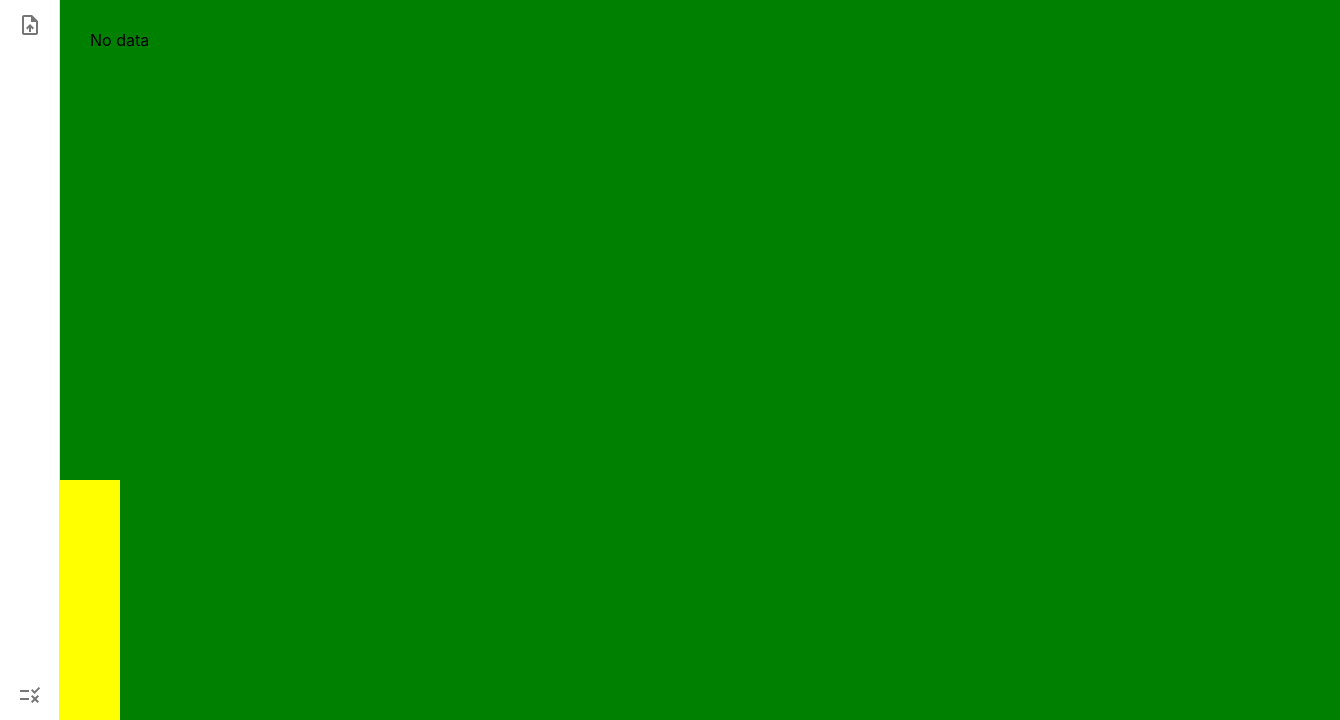
Repository: imark00/sbolInsight_frontend
Page: /
The author's editor kept a copy of each file at every save. The page is drawn from the files as they stood at one save, then again after the next save.
The browser window is 1280 px wide. The page is 1340 px wide, so the pictures cover 1340 px, including what lies to the right of the window. The pictures show the whole page.
The project was rebuilt for these pictures with package versions that can differ from the ones it lists, and the page was loaded fresh each time. Also part of the build but not shown: src/App.css.

Above is the page before, as saved 2024-08-18 05:36:24.

### src/App.js
import './App.css';
import SBOLInsightPage from './sbolInsight';

function App() {
  return (
    <SBOLInsightPage />
  );
}

export default App;

### src/sbolInsight.js
import React, { useState } from "react";
import { Drawer, Box, IconButton, Typography, Modal, Button, Divider } from "@mui/material";
import UploadFileIcon from '@mui/icons-material/UploadFile';
import RuleOutlinedIcon from '@mui/icons-material/RuleOutlined';
import { useDropzone } from 'react-dropzone'
import { List, ListItem, ListItemIcon, ListItemText } from '@mui/material';
import InsertDriveFileOutlinedIcon from '@mui/icons-material/InsertDriveFileOutlined';
import axios from "axios";


const drawerWidth = 60

// function timeout(delay) {
//     return new Promise(res => setTimeout(res, delay));
// }

const SBOLInsightPage = () => {
    const [testData, setTestData] = useState('');
    const [open, setOpen] = useState(false);

    const openUploadFileModal = () => setOpen(true);
    const closeUploadFileModal = () => setOpen(false);

    const { acceptedFiles, getRootProps, getInputProps } = useDropzone({
        maxFiles: 1, accept: {
            'application/rdf+xml': ['.rdf'],
            'text/turtle': ['.ttl'],
        }
    });
    const files = acceptedFiles.map(file => (
        <ListItem
            key={file.path}
        >
            <ListItemIcon>
                <InsertDriveFileOutlinedIcon />
            </ListItemIcon>
            <ListItemText primary={file.path} />
        </ListItem>
    ));

    // const [uploadProgress, setUploadProgress] = useState(0);


    const testAPI = async () => {
        try {
            let response = await fetch("http://localhost:8080/api/test")
            if (response.status === 200) {
                let data = await response.json()
                setTestData(data)
            }
        } catch (error) {
            console.error('Error:', error)
        }
    }
    // useEffect(() => { testAPI() }, [])

    const getGraphData = async () => {
        try {
            const url = "http://localhost:8080/api/graph-data"
            const formData = new FormData();
            formData.append('file', acceptedFiles[0]);
            const config = {
                headers: {
                    'content-type': 'multipart/form-data',
                },
                // onUploadProgress: function (progressEvent) {
                //     const percentCompleted = Math.round((progressEvent.loaded * 100) / progressEvent.total);
                //     setUploadProgress(percentCompleted);
                // }
            }
            let response = await axios.post(url, formData, config)
            console.log(response)
        } catch (error) {
            console.error('Error:', error)
        }
    }


    function showValiationReport() {
        console.log("Show validation report")

    }

    function submitFile(event) {
        event.preventDefault()
        closeUploadFileModal()
        getGraphData()
    }


    return (
        <Box
            sx={{ display: 'flex' }}
        >
            {/* Drawer */}
            <Drawer
                sx={{
                    width: drawerWidth,
                    flexShrink: 0,
                    '& .MuiDrawer-paper': {
                        width: drawerWidth,
                        boxSizing: 'border-box',
                        padding: '5px',
                        display: 'flex',
                        flexDirection: 'column',
                        justifyContent: 'space-between',
                    },
                }}
                variant="permanent"
                anchor="left"
            >
                <IconButton
                    onClick={openUploadFileModal}
                >
                    <UploadFileIcon />
                </IconButton>

                <IconButton
                    onClick={showValiationReport}
                >
                    <RuleOutlinedIcon />
                </IconButton>
            </Drawer>

            {/* Main content */}
            <Box sx={{
                display: 'flex',
                flexDirection: 'column',
                height: '100vh',
                width: '100%',
            }}>

                <Box
                    sx={{
                        flex: '1',
                        width: '100%',
                        background: 'green',
                        padding: '30px',
                        display: 'flex',
                    }}
                >
                    {testData ?
                        <Box>
                            <p> {testData.status}</p>
                            <p> {testData.app}</p>
                            <p> {testData.message}</p>
                        </Box>
                        : <Box>
                            No data
                        </Box>
                    }
                </Box>

                {/* Validation results view */}
                <Box
                    sx={{

                        height: '180px',
                        background: 'yellow',
                        padding: '30px',
                        position: "absolute",
                        bottom: "0%",

                    }}
                >

                </Box>
            </Box>


            {/* // Upload file modal */}
            <Modal
                open={open}
                onClose={closeUploadFileModal}
                aria-labelledby="modal-modal-title"
                aria-describedby="modal-modal-description"
                slotProps={{
                    backdrop: {
                        style: {
                            backgroundColor: 'transparent',
                            boxShadow: 'none'
                        }
                    }
                }}

            >
                <Box
                    sx={{
                        position: "absolute",
                        top: "50%",
                        left: "50%",
                        transform: "translate(-50%, -50%)",
                        width: "475px",
                        bgcolor: "background.paper",
                        boxShadow: 24,
                        borderRadius: "23px",
                    }}
                >
                    <Box
                        sx={{
                            display: 'flex',
                            flexDirection: 'row',
                            justifyContent: 'space-between',
                            paddingLeft: '11px',
                            paddingRight: '7px',
                            paddingTop: '7px',
                            paddingBottom: '2px',
                        }}
                    >
                        <Typography
                            fontSize={"19px"}
                            letterSpacing={"0.02em"}
                        >
                            Upload SBOL File
                        </Typography>

                        <Button
                            variant="text"
                            size="small"
                            color="error"
                            onClick={closeUploadFileModal}
                            sx={{ letterSpacing: "0.04em" }}
                        >
                            Close
                        </Button>
                    </Box>
                    <Divider
                        sx={{
                            borderBottomWidth: '2px',
                            borderColor: "#CBD0DC"
                        }}
                    />

                    <Box
                        sx={{
                            paddingTop: "45px",
                            paddingLeft: "25px",
                            paddingRight: "25px",
                            paddingBottom: "16px",
                            textAlign: "center",
                        }}
                    >
                        <Box
                            sx={{
                                border: "2px dashed #CBD0DC",
                                borderRadius: "14px",
                                height: "100px",
                                marginBottom: "20px",
                                width: "100%",
                                flexDirection: 'column',
                                justifyContent: 'center',
                                display: 'flex',
                            }}
                            {...getRootProps({ className: 'dropzone' })}
                        >
                            <input {...getInputProps()} />
                            <Box >
                                <Typography
                                    color={"#292D32"}
                                    fontSize={"15px"}
                                    letterSpacing={"0.04em"}
                                >
                                    Choose a file or drap and drop it here
                                </Typography>

                                <Typography
                                    color={"#A9ACB4"}
                                    fontSize={"12px"}
                                    letterSpacing={"0.04em"}
                                >
                                    RDF/XML, Turtle, N-Triples, and JSON-LD formats, up to 25MB
                                </Typography>
                            </Box>
                        </Box>

                        {/* <progress value={uploadProgress} max="100"></progress> */}

                        <List>{files}</List>

                        <Button
                            variant="contained"
                            sx={{
                                borderRadius: "11px",
                                width: "168px",
                                backgroundColor: "#084BCF",
                            }}
                            disabled={files.length === 0}
                            onClick={submitFile}
                        >
                            Submit
                        </Button>
                    </Box>



                </Box>
            </Modal>
        </Box>
    );
}

export default SBOLInsightPage;

Loaded but not shown: public/index.html (common file); src/index.js (common file); src/index.css (common file); src/reportWebVitals.js (common file)

After the next save:
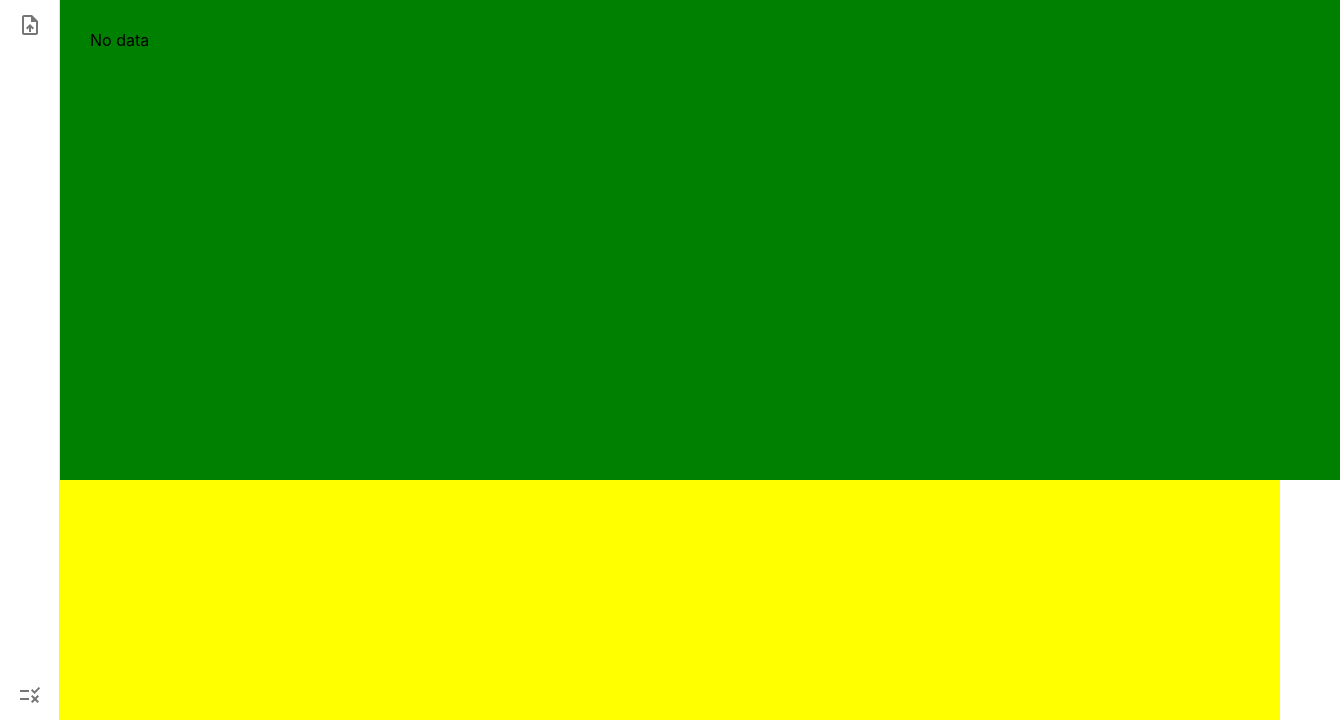
Saved 14 s later.
--- a/src/sbolInsight.js
+++ b/src/sbolInsight.js
@@ -154,11 +154,10 @@
                 {/* Validation results view */}
                 <Box
                     sx={{
-
                         height: '180px',
                         background: 'yellow',
                         padding: '30px',
-                        position: "absolute",
+                        //position: "absolute",
                         bottom: "0%",
 
                     }}

After the 2 saves that followed:
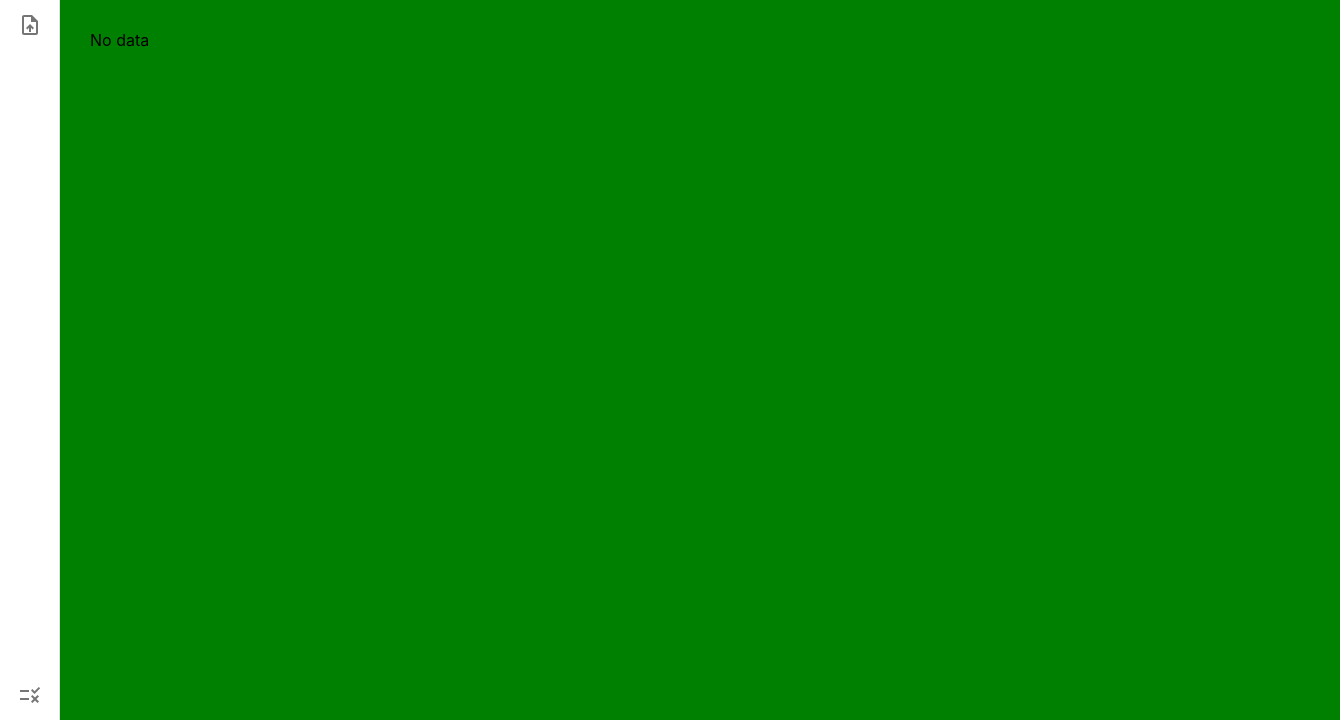
The 2 saves are shown as one change because 1 left the picture as it was.
The last was saved 26 s later.
--- a/src/sbolInsight.js
+++ b/src/sbolInsight.js
@@ -152,18 +152,18 @@
                 </Box>
 
                 {/* Validation results view */}
-                <Box
+                {/* <Box
                     sx={{
                         height: '180px',
                         background: 'yellow',
                         padding: '30px',
                         //position: "absolute",
-                        bottom: "0%",
+                        //bottom: "0%",
 
                     }}
                 >
 
-                </Box>
+                </Box> */}
             </Box>
 
 
